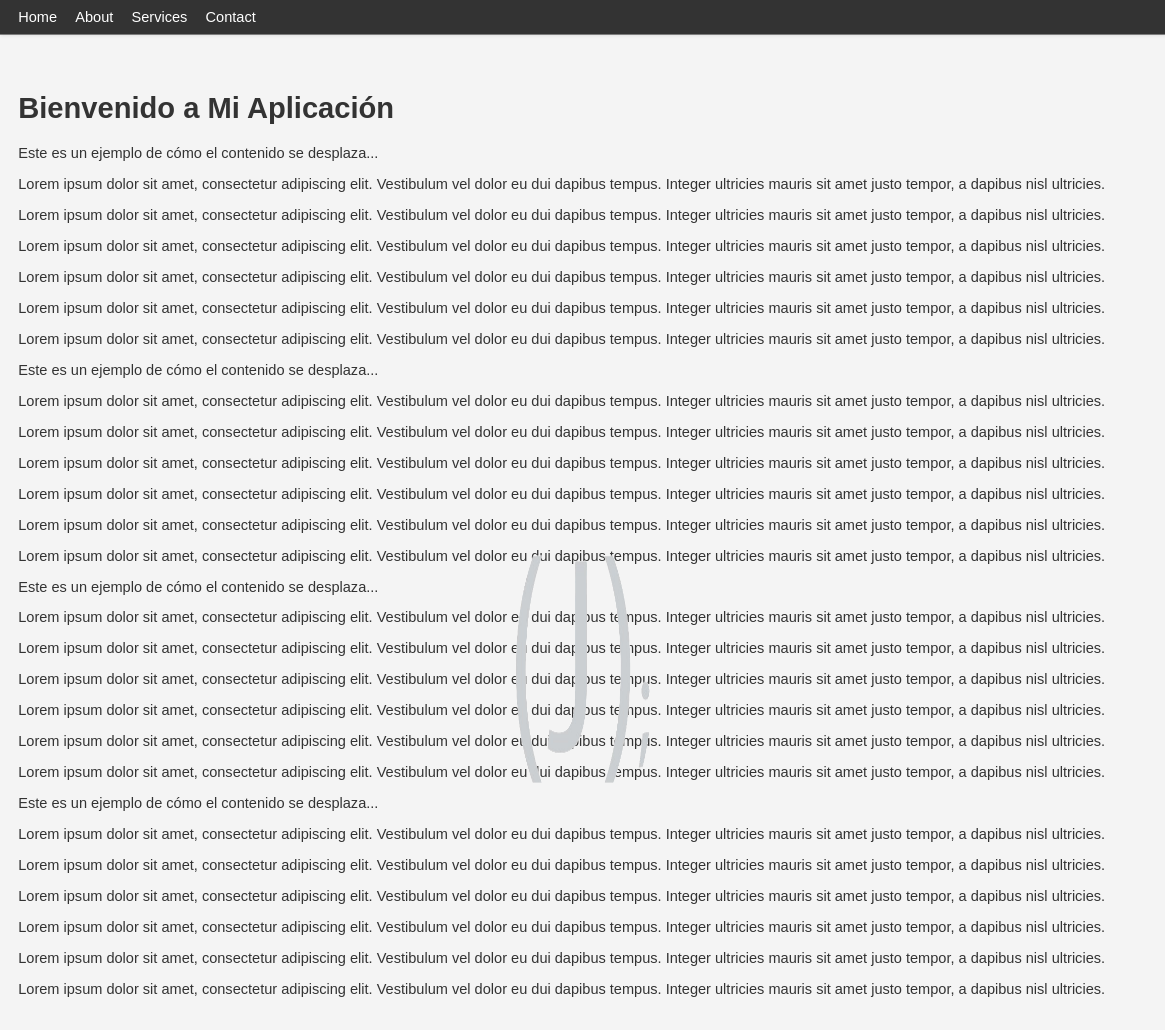
Repository: JoyMoGas/HelujaArc
Page: http://localhost/
An editor plug-in stored every save of this project. The page is shown before and after the next save, followed by the edit.
The browser window is 1280 px wide. The pictures show the whole page, at 91% of full size.
The page is served by the project's application, run on Flask 3 (run.py).

Above is the page before, as saved 2024-08-11 15:13:08.

After the next save:
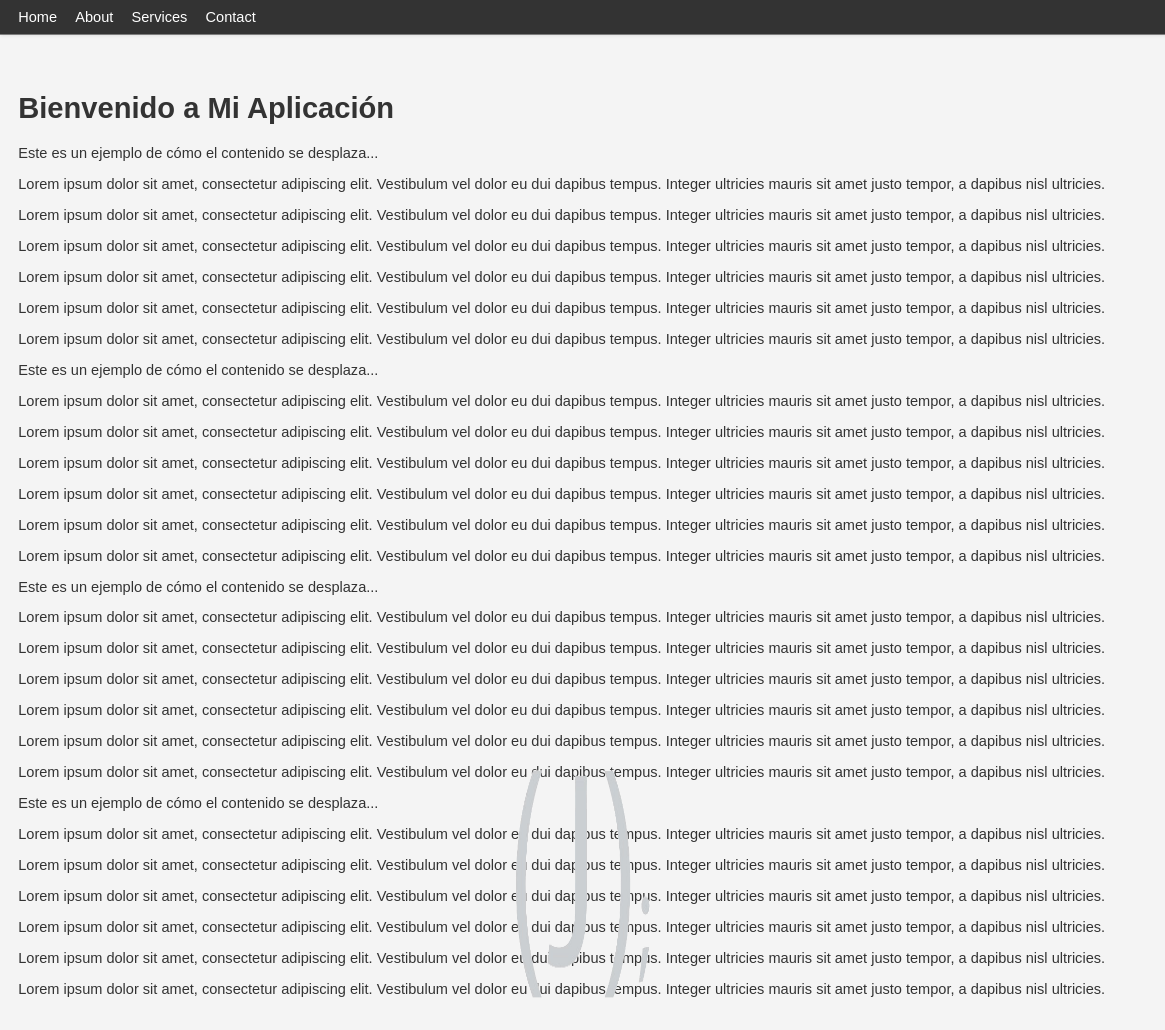
Saved 84 s later.
--- a/static/style.css
+++ b/static/style.css
@@ -6,6 +6,7 @@
     color: #333; /* Color del texto */
     padding: 0;
     overflow-x: hidden; /* Evita el scroll horizontal */
+    position: relative; /* Asegúrate de que el body pueda contener el logotipo en su posición inicial */
 }
 
 /* Estilo para la navbar */
@@ -52,6 +53,7 @@
     left: 50%;
     transform: translate(-50%, -50%);
     transition: all 0.5s ease; /* Transición suave */
+    z-index: 1100; /* Asegúrate de que esté por encima de la navbar */
 }
 
 #logo {
@@ -60,10 +62,7 @@
 }
 
 .navbar-logo {
-    display: block; /* Asegúrate de que esté visible */
-    position: absolute;
-    top: 10px; /* Ajusta según el diseño */
-    right: 10px;
+    position: relative; /* Cambiar a relative para que pueda posicionarse correctamente dentro de la navbar */
 }
 
 .navbar-logo img {
@@ -73,9 +72,8 @@
 
 /* Estilos cuando el usuario hace scroll */
 .scroll-active .logo-container {
-    top: 10px; /* Posición en la navbar */
-    left: auto;
-    right: 10px;
+    top: 0; /* Posición en la navbar */
+    left: 10px; /* Ajusta según el diseño */
     transform: none;
 }
 
